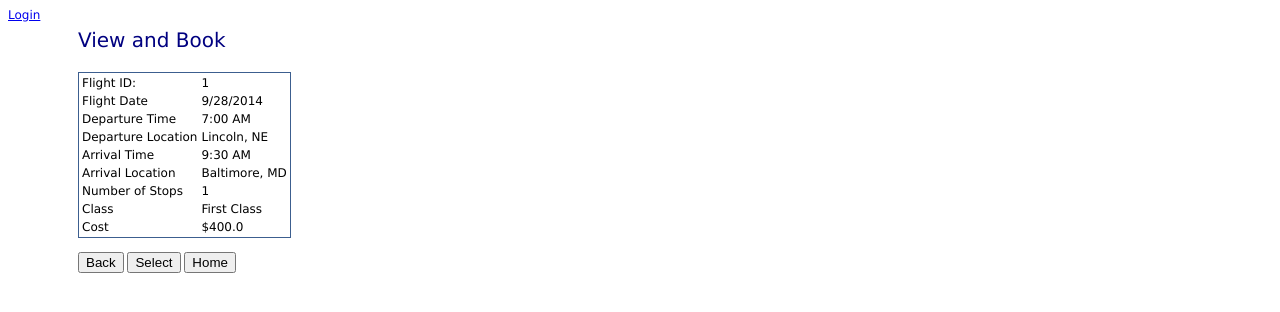
Repository: jliu9000/CSE-464---Flight-Pages
Page: http://localhost/HW1/ViewAndBook.jsp
These files come from the project's save history. The page is drawn as it stood at one moment and after the next save; the edit follows.
The browser window is 1280 px wide. The pictures show the whole page.
The page is served by Tomcat 9.

Above is the page before, as saved 2014-09-22 21:42:12.

After the next save:
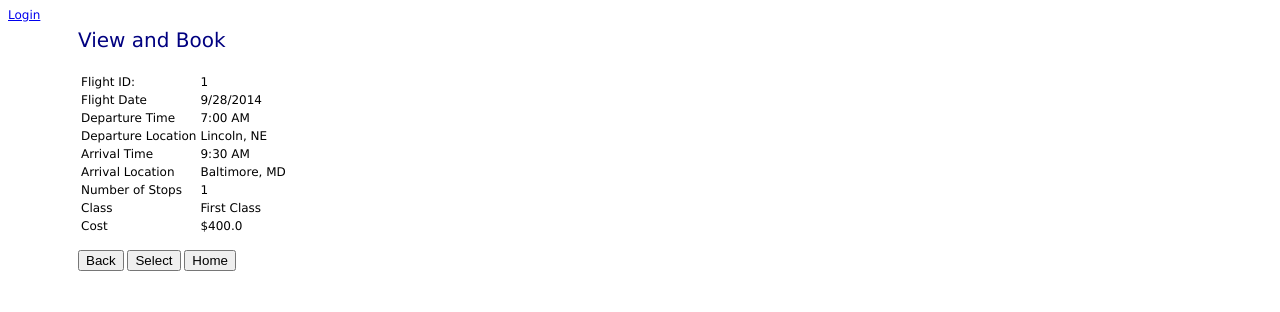
Saved 66 s later.
--- a/HW1/WebContent/CSS/FlightStyles.css
+++ b/HW1/WebContent/CSS/FlightStyles.css
@@ -36,7 +36,7 @@ p.message {
 }
 
 table {
-   border: 1px solid #3C5E8F;
+
 
 }
 
